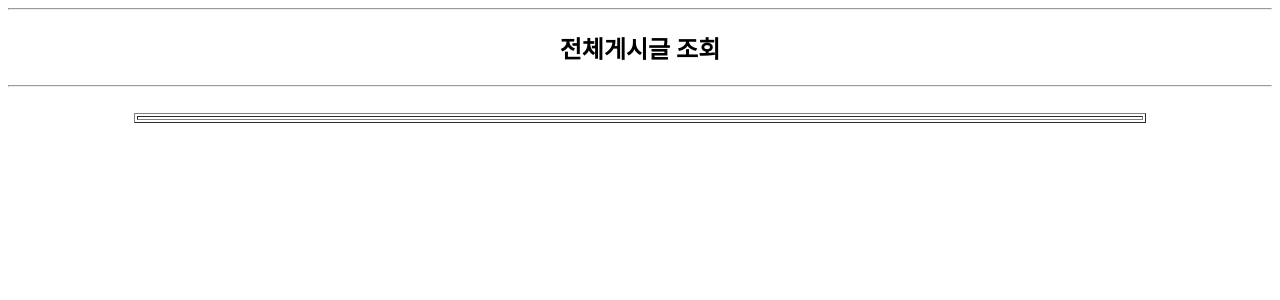
Repository: sunnny10/web-workspace
Page: http://localhost/Mission-Web/jsp/board/list.jsp
The author's editor kept a copy of each file at every save. The page is drawn from the files as they stood at one save, then again after the next save.
The browser window is 1280 px wide. The pictures show the whole page.
The page is served by Tomcat 9. Queries for data that is not in the repository find no rows.

Above is the page before, as saved 2022-06-02 07:37:58.

After the next save:
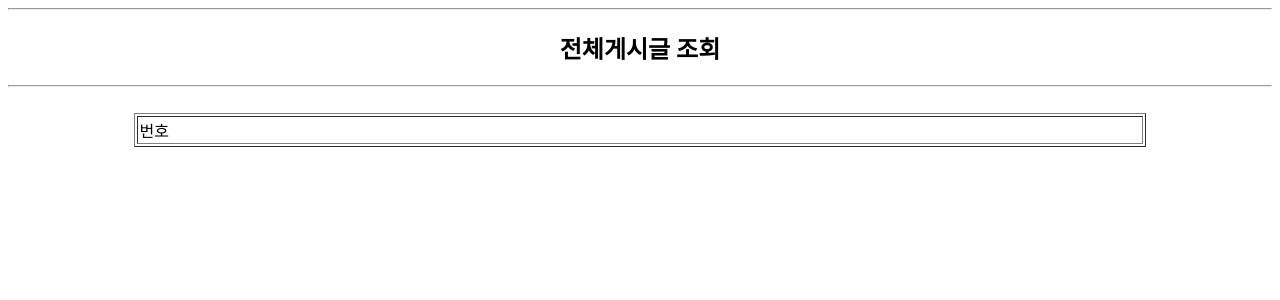
Saved 14 s later.
--- a/Mission-Web/src/main/webapp/jsp/board/list.jsp
+++ b/Mission-Web/src/main/webapp/jsp/board/list.jsp
@@ -36,7 +36,7 @@
 		<br>
 		<table border="1" style="width:80%">
 			<tr>
-				<td></td>
+				<td width="7%">번호</td>
 			</tr>
 		</table>
 	</div>
